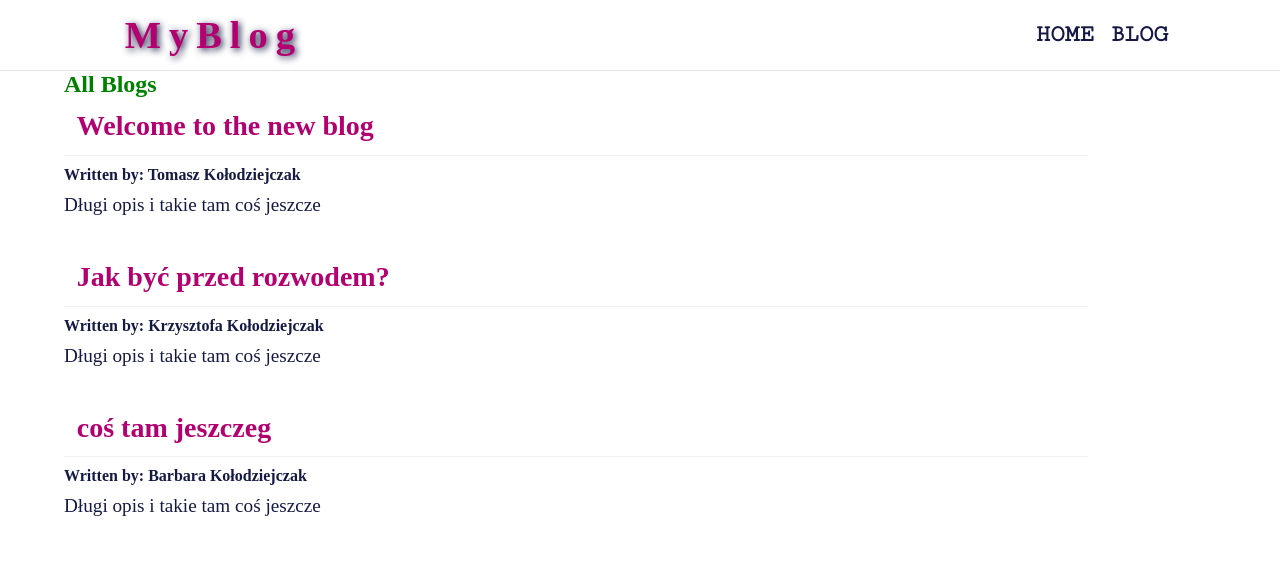
Repository: KrzysKolo/myBlog
Page: /
The author's editor kept a copy of each file at every save. The page is drawn from the files as they stood at one save, then again after the next save.
The browser window is 1280 px wide. The pictures show the whole page.
Some web fonts or font styles are not loaded; a fallback is used. The project was rebuilt for these pictures with package versions that can differ from the ones it lists, and the page was loaded fresh each time. Requests to the local data server were answered from the project's data file. Also part of the build but not shown: src/pages/Blog/Blog.css, src/pages/Blog/Blog.js, src/pages/BlogNote/BlogNote.css, src/pages/BlogNote/BlogNote.js.

Above is the page before, as saved 2021-04-27 10:47:17.

After the next save:
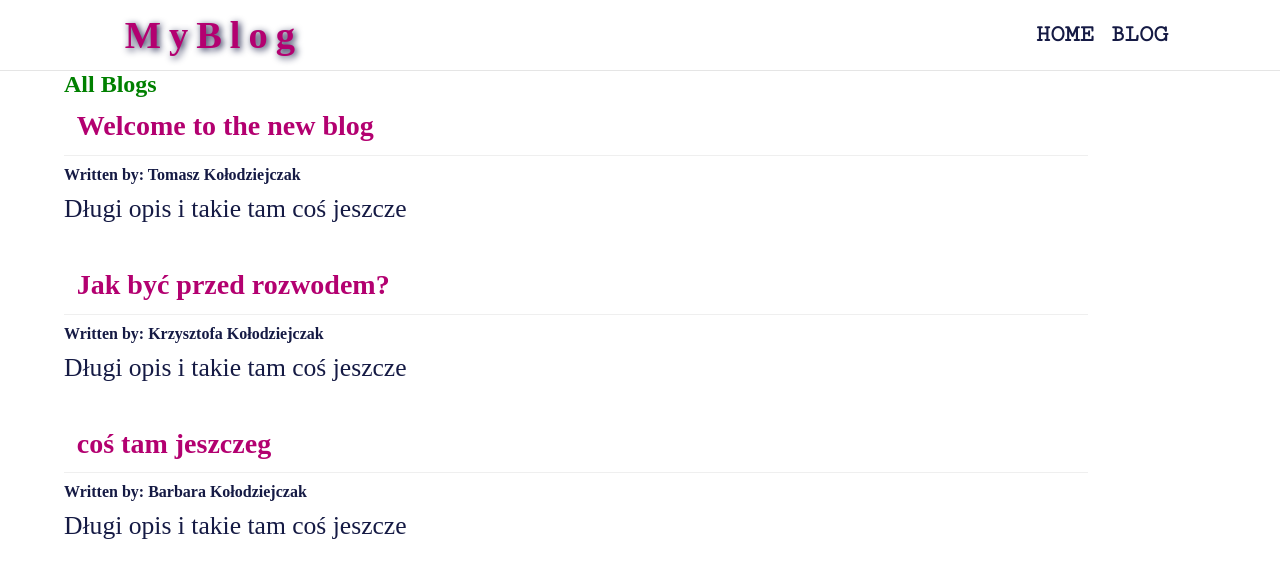
Saved 13 s later.
--- a/src/components/BlogList/BlogList.css
+++ b/src/components/BlogList/BlogList.css
@@ -17,5 +17,5 @@
   padding: 10px 0;
 }
 .blog-preview p {
-  font-size: 1.2rem;
+  font-size: 1.6rem;
 }
